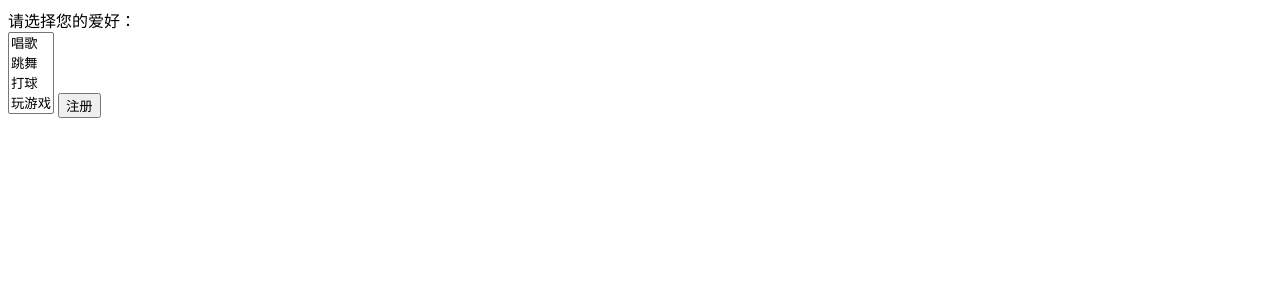
Repository: Matty-GCU/MyEclipse
Page: Java_Web_Learning/WebRoot/chapter05_JSP&form/5.3.2listForm.html
These files come from the project's save history. The page is drawn as it stood at one moment and after the next save; the edit follows.
The browser window is 1280 px wide. The pictures show the whole page.

Above is the page before, as saved 2021-10-03 07:31:25.

After the next save:
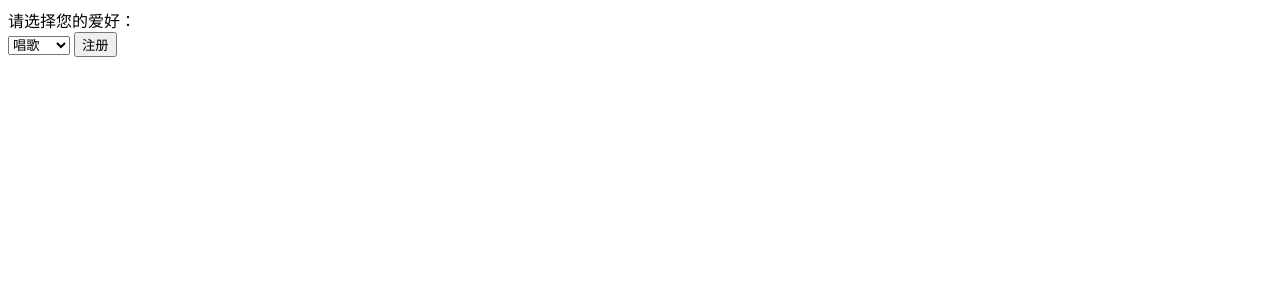
Saved 11 s later.
--- a/Java_Web_Learning/WebRoot/chapter05_JSP&form/5.3.2listForm.html
+++ b/Java_Web_Learning/WebRoot/chapter05_JSP&form/5.3.2listForm.html
@@ -7,7 +7,7 @@
 	<body>
 		<form action="5.3.2listForm_result.jsp">
 			请选择您的爱好：<br>
-			<select name="fav" multiple>
+			<select name="fav">
 				<option value="sing">唱歌</option>
 				<option value="dance">跳舞</option>
 				<option value="ball">打球</option>

After the save that followed:
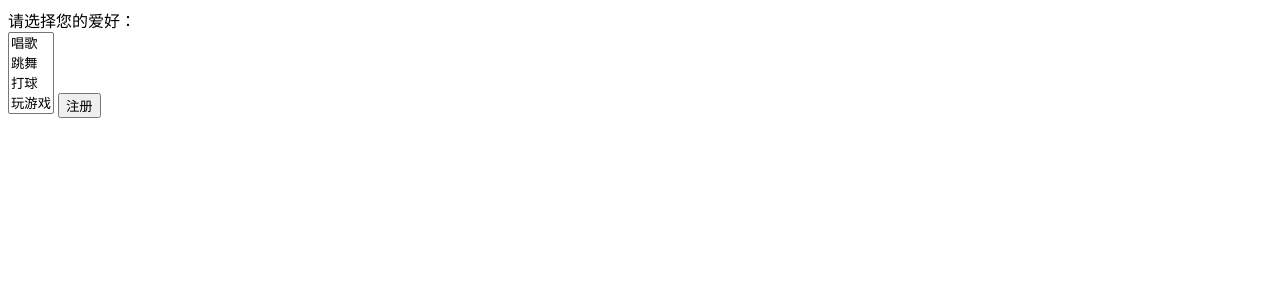
Saved 10 s later.
--- a/Java_Web_Learning/WebRoot/chapter05_JSP&form/5.3.2listForm.html
+++ b/Java_Web_Learning/WebRoot/chapter05_JSP&form/5.3.2listForm.html
@@ -7,7 +7,7 @@
 	<body>
 		<form action="5.3.2listForm_result.jsp">
 			请选择您的爱好：<br>
-			<select name="fav">
+			<select name="fav" multiple>
 				<option value="sing">唱歌</option>
 				<option value="dance">跳舞</option>
 				<option value="ball">打球</option>
